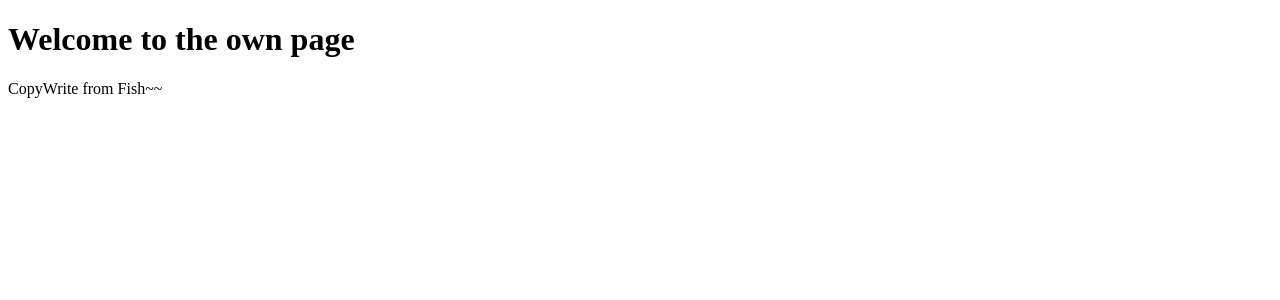
Repository: waiwai12341995/Web-Application_Yelp
Page: http://localhost/
The author's editor kept a record of every edit. The page is drawn from the files as they stood at one moment, then again after the next edit.
The browser window is 1280 px wide. The pictures show the whole page.
The page is served by the project's Node server (MoreExpress/EJSDemo/app.js).

Above is the page before.

After the next edit:
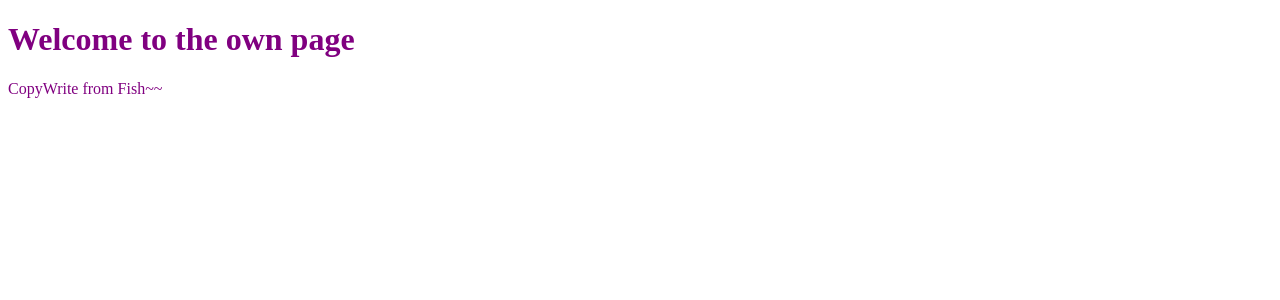
The edit:
--- a/MoreExpress/EJSDemo/public/app.css
+++ b/MoreExpress/EJSDemo/public/app.css
@@ -1,4 +1,3 @@
-<style>
-    body {
-        color: purple;
-    }
+body {
+    color: purple;
+}
